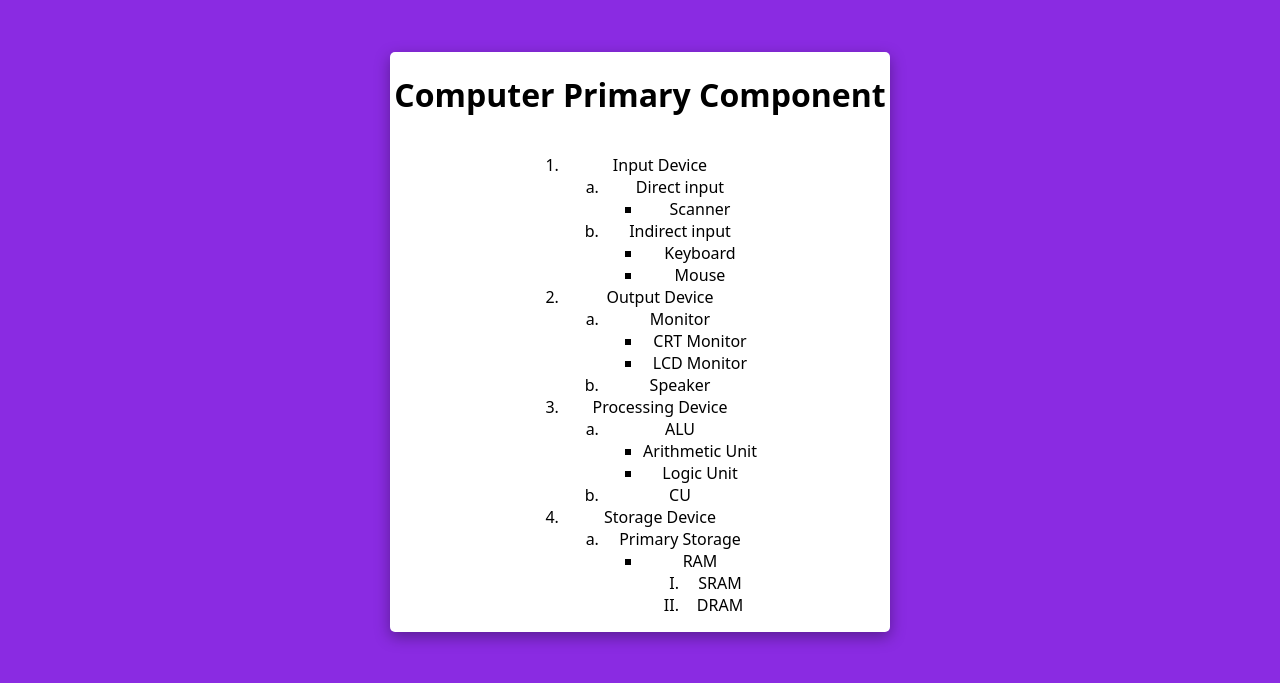
Repository: SharonSebastian32/Nested_List_in_html
Page: index.html
An editor plug-in stored every save of this project. The page is shown before and after a run of saves, followed by the edit.
The browser window is 1280 px wide. The pictures show the whole page.

Above is the page before, as saved 2024-09-01 08:04:43.

After the next 3 saves:
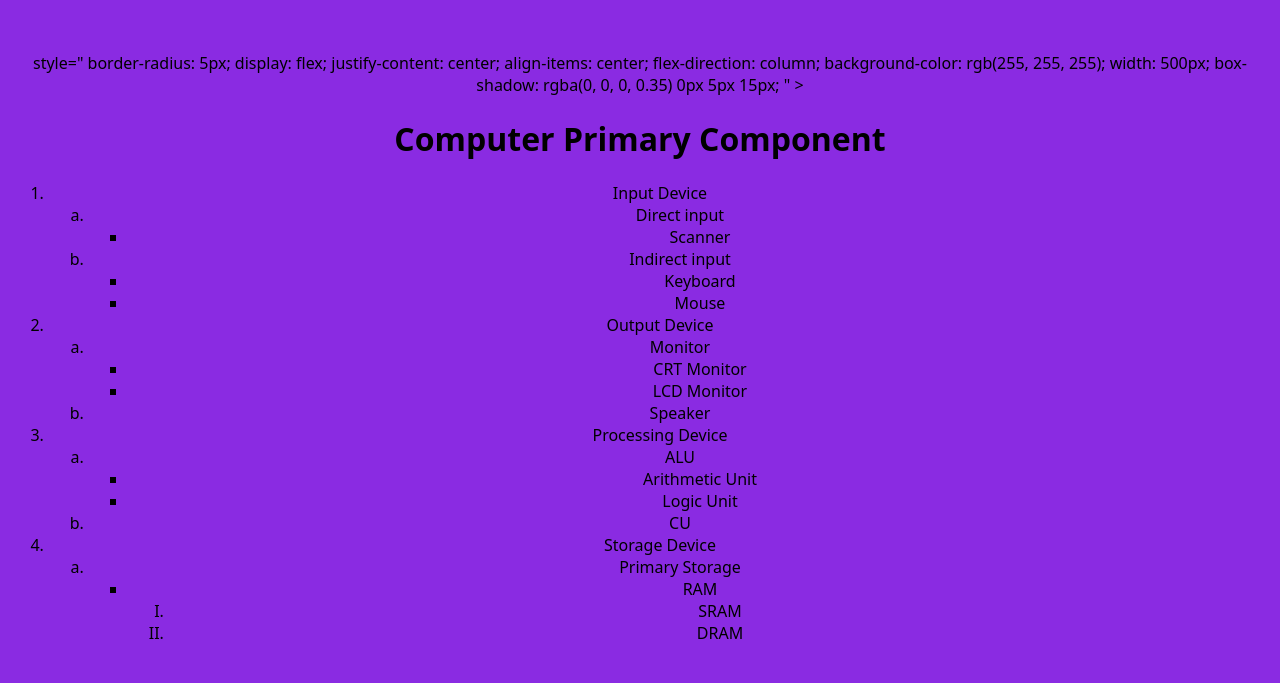
The 3 saves are shown as one change because they came seconds apart.
The last was saved 9 s later.
--- a/index.html
+++ b/index.html
@@ -10,7 +10,8 @@
     <center>
       <br />
       <br />
-      <div
+      <div    data-aos="zoom-in-up"></div>
+
         style="
 
           border-radius: 5px;

After the 3 saves that followed:
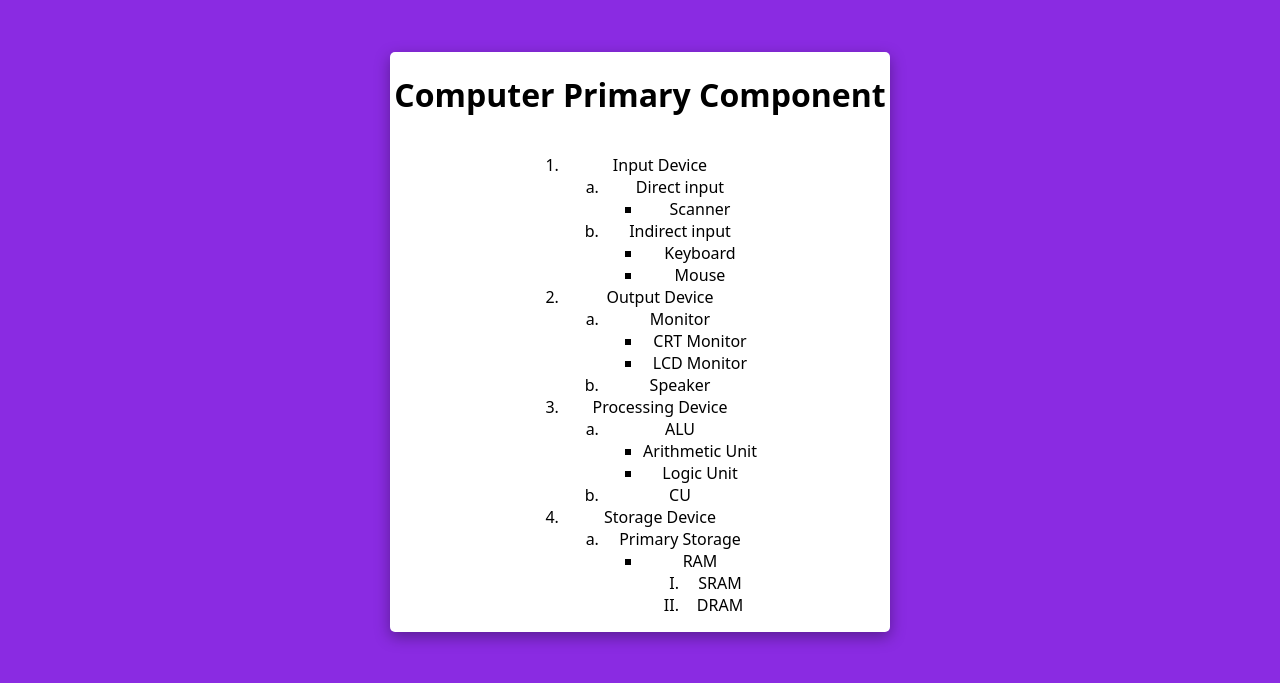
The 3 saves are shown as one change because they came seconds apart.
The last was saved 9 s later.
--- a/index.html
+++ b/index.html
@@ -10,10 +10,9 @@
     <center>
       <br />
       <br />
-      <div    data-aos="zoom-in-up"></div>
-
+      <div
+        data-aos="zoom-in-up"
         style="
-
           border-radius: 5px;
           display: flex;
           justify-content: center;
@@ -71,6 +70,5 @@
         </ol>
       </div>
     </center>
-
   </body>
 </html>
